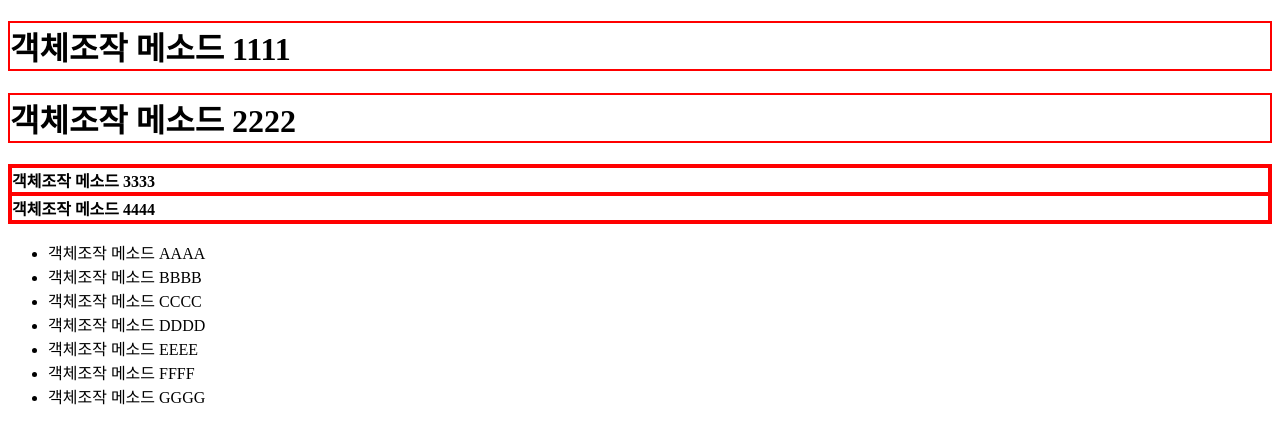
Repository: KangSuA/JSP
Page: webApp/src/main/webapp/jquery/jq06_object.html
The author's editor kept a copy of each file at every save. The page is drawn from the files as they stood at one save, then again after the next save.
The browser window is 1280 px wide. The pictures show the whole page.

Above is the page before, as saved 2023-02-14 06:43:38.

After the next save:
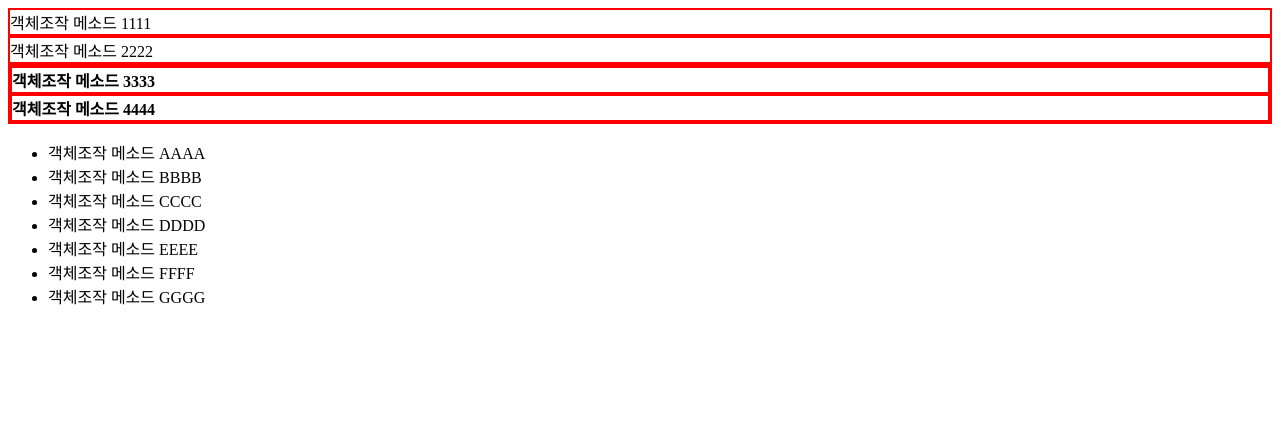
Saved 2 min 32 s later.
--- a/webApp/src/main/webapp/jquery/jq06_object.html
+++ b/webApp/src/main/webapp/jquery/jq06_object.html
@@ -16,6 +16,8 @@
 		$('.c2').wrapAll('<div/>');
 		//wrapInner() : 선택자의 하위를 특정 태그로 감쌈
 		$('.c2').wrapInner('<b/>');
+		//unwrap() : 선택자의 부모를 삭제
+		$('.c1').unwrap();
 	});
 </script>
 </head>
